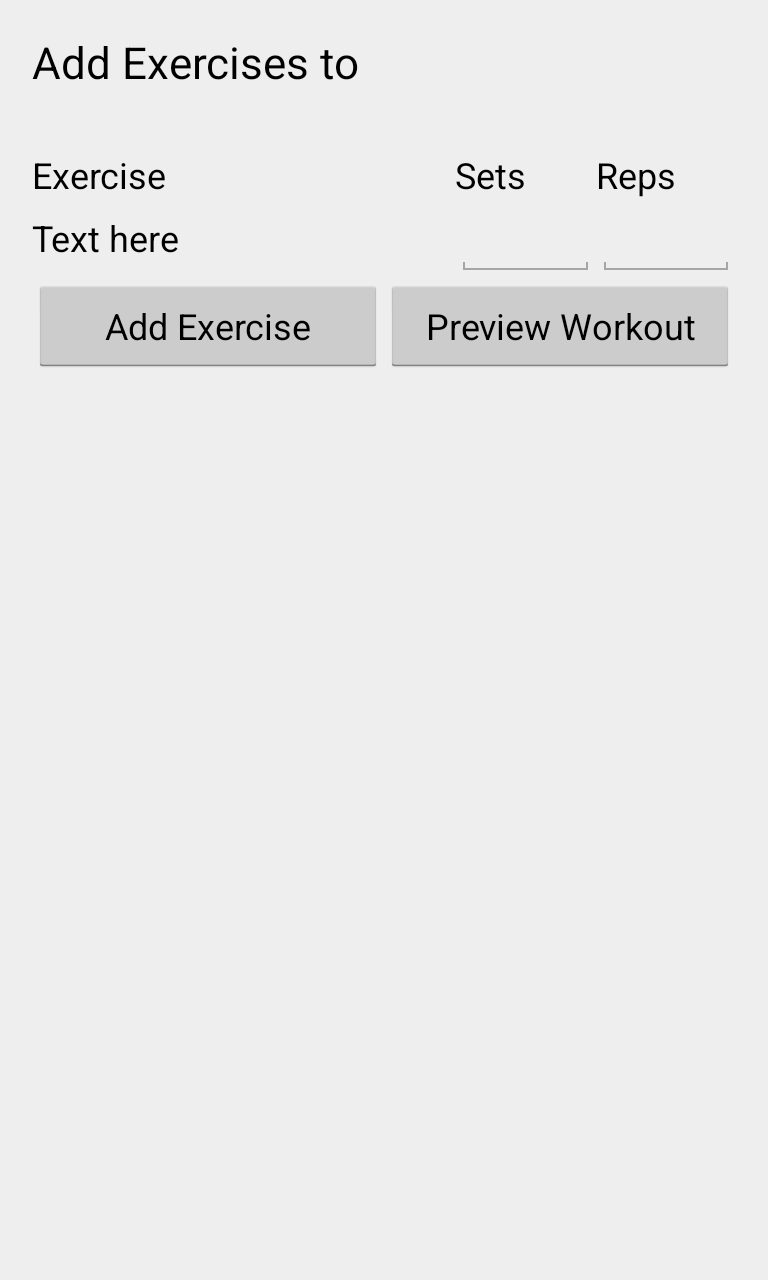
Repository: jmcdon09/EZWorkout
Layout: EzTrain/EzTrain/res/layout/activity_add_exercises.xml
These files come from the project's save history. The layout is drawn as it stood at one moment and after the next save; the edit follows.
It is drawn on a 768 x 1280 px phone screen (xhdpi) without system bars, with theme AppTheme; the app's code is not run. Lists and similar views that code fills are empty.

Above is the layout before, as saved 2014-03-29 05:41:54.

### EzTrain/EzTrain/res/layout/activity_add_exercises.xml
<LinearLayout xmlns:android="http://schemas.android.com/apk/res/android"
    xmlns:tools="http://schemas.android.com/tools"
    android:id="@+id/LinearLayout1"
    android:layout_width="match_parent"
    android:layout_height="match_parent"
    android:background="@color/background"
    android:orientation="vertical"
    android:paddingBottom="@dimen/activity_vertical_margin"
    android:paddingLeft="@dimen/activity_horizontal_margin"
    android:paddingRight="@dimen/activity_horizontal_margin"
    android:paddingTop="@dimen/activity_vertical_margin"
    tools:context=".AddExercises" >

    <LinearLayout
        android:layout_width="match_parent"
        android:layout_height="wrap_content" >

        <TextView
            android:id="@+id/adding_exercises"
            android:layout_width="wrap_content"
            android:layout_height="wrap_content"
            android:text="@string/add_exercise_to_workout"
            android:textAppearance="?android:attr/textAppearanceLarge" />

        <TextView
            android:id="@+id/workout_name"
            android:layout_width="wrap_content"
            android:layout_height="wrap_content"
            android:textAppearance="?android:attr/textAppearanceLarge" />
    </LinearLayout>

    <TextView
        android:id="@+id/muscle_group"
        android:layout_width="wrap_content"
        android:layout_height="wrap_content"
        android:textAppearance="?android:attr/textAppearanceLarge" />

    <ListView
        android:id="@+id/exercise_list"
        android:layout_width="match_parent"
        android:layout_height="wrap_content" >
    </ListView>

    <LinearLayout
        android:layout_width="match_parent"
        android:layout_height="wrap_content"
        android:weightSum="100" >

        <TextView
            android:id="@+id/add_exercise_exercise"
            android:layout_width="fill_parent"
            android:layout_height="wrap_content"
            android:layout_weight="20"
            android:text="@string/exercise"
            android:textAppearance="?android:attr/textAppearanceMedium" />

        <TextView
            android:id="@+id/add_exercise_set"
            android:layout_width="fill_parent"
            android:layout_height="wrap_content"
            android:layout_weight="40"
            android:text="@string/sets"
            android:textAppearance="?android:attr/textAppearanceMedium" />

        <TextView
            android:id="@+id/add_exercise_rep"
            android:layout_width="fill_parent"
            android:layout_height="wrap_content"
            android:layout_weight="40"
            android:text="@string/reps"
            android:textAppearance="?android:attr/textAppearanceMedium" />
    </LinearLayout>

    <LinearLayout android:layout_width="match_parent" android:layout_height="wrap_content" android:weightSum="100">

        <TextView android:id="@+id/add_exercise_name"
            android:layout_width="fill_parent"
            android:layout_height="wrap_content"
            android:layout_weight="20"
            android:text="Text here"
            android:textAppearance="?android:attr/textAppearanceMedium" />

        <EditText android:id="@+id/add_exercise_set_input"
             android:layout_width="fill_parent"
             android:layout_height="wrap_content"
             android:layout_weight="40"
             android:ems="10"
             android:inputType="number" />

        <EditText android:id="@+id/add_exercise_rep_input"
            android:layout_width="fill_parent"
            android:layout_height="wrap_content"
            android:layout_weight="40"
            android:ems="10"
            android:inputType="number" />

    </LinearLayout>

    <LinearLayout
        android:layout_width="match_parent"
        android:layout_height="wrap_content"
        android:weightSum="100" >

        <Button
            android:id="@+id/add_exercise"
            android:layout_width="fill_parent"
            android:layout_height="wrap_content"
            android:layout_weight="50"
            android:text="@string/add_exercise" />

        <Button
            android:id="@+id/preview_workout"
            android:layout_width="fill_parent"
            android:layout_height="wrap_content"
            android:layout_weight="50"
            android:text="@string/preview_workout" />
    </LinearLayout>



</LinearLayout>

### EzTrain/EzTrain/res/values-v11/styles.xml
<?xml version="1.0" encoding="utf-8"?>
<resources>

    <!--
        Base application theme for API 11+. This theme completely replaces
        AppBaseTheme from res/values/styles.xml on API 11+ devices.
    -->
    <style name="AppBaseTheme" parent="android:Theme.Holo.Light">
        <!-- API 11 theme customizations can go here. -->
    </style>

    <style name="FullscreenTheme" parent="android:Theme.Holo">
        <item name="android:actionBarStyle">@style/FullscreenActionBarStyle</item>
        <item name="android:windowActionBarOverlay">true</item>
        <item name="android:windowBackground">@null</item>
        <item name="buttonBarStyle">?android:attr/buttonBarStyle</item>
        <item name="buttonBarButtonStyle">?android:attr/buttonBarButtonStyle</item>
    </style>

    <style name="FullscreenActionBarStyle" parent="android:Widget.Holo.Light.ActionBar">
        <item name="android:background">@color/action_bar_background</item>
        <item name="android:actionMenuTextColor">@color/black_overlay</item>
    </style>

</resources>

### EzTrain/EzTrain/res/values-v14/styles.xml
<resources>

    <!--
        Base application theme for API 14+. This theme completely replaces
        AppBaseTheme from BOTH res/values/styles.xml and
        res/values-v11/styles.xml on API 14+ devices.
    -->
    <style name="AppBaseTheme" parent="@android:style/Theme.Holo.Light.DarkActionBar">
        <!-- API 14 theme customizations can go here. -->
        <item name="android:actionBarStyle">@style/MyActionBar</item>


    </style>

    <style name="MyActionBar" parent="@android:style/Widget.Holo.Light.ActionBar">
        <item name="android:background">@color/action_bar_background</item>
        <item name="android:titleTextStyle">@style/MyActionBarTitle</item>
    </style>

	<style name="MyActionBarTitle" parent="@android:style/TextAppearance.Holo.Widget.ActionBar.Title">
	    <item name="android:textColor">@color/title</item>

	</style>



</resources>

### EzTrain/EzTrain/res/values/colors.xml
<resources>

    <color name="action_bar_background">#4db6af</color>
    <color name="black_overlay">#66000000</color>
    <color name="background">#eee</color>
    <color name="font">#444</color>
    <color name="accent">#ccc</color>
    <color name="title">#FFF</color>

</resources>

### EzTrain/EzTrain/res/values/strings.xml
<?xml version="1.0" encoding="utf-8"?>
<resources>

    <string name="app_name">EZWorkout</string>

    <string-array name="muscle_groups">
        <item>Arms</item>
        <item>Abdominals</item>
        <item>Chest</item>
        <item>Back</item>
        <item>Legs</item>
        <item>Shoulders</item>
    </string-array>

    <string-array name="my_workouts">
        <item>Biceps</item>
        <item>Major Chest Workout</item>
    </string-array>

    <string-array name="chest">
        <item>Benchpress</item>
        <item>Butterflys</item>
        <item>Push Ups</item>
        <item>Iron Cross</item>
        <item>Decline Dumbell Press</item>
        <item></item>
    </string-array>

    <string-array name="arms">
        <item>Bicep Curls</item>
        <item>Spider Curls</item>
        <item>Tricep Dips</item>
        <item>Skullcrushers</item>
        <item>French Press</item>
    </string-array>

    <string-array name="shoudlers">
        <item>Shoulder Abduction</item>
        <item>Military Press</item>
    </string-array>

    <string-array name="abdominals">
        <item>Crunches</item>
        <item>Russian Twists</item>
        <item>Sit-ups</item>
        <item>Toe Touches</item>
    </string-array>

    <string-array name="legs">
        <item>One Legged Squats</item>
        <item>Romanian Deadlifts</item>
        <item>Trap Bar Deadlifts</item>
        <item>Box Jumps</item>
    </string-array>

    <string-array name="back">
        <item>Standing Good Mornings</item>
        <item>Seated Good Mornings</item>
        <item>Reverse Hypers</item>
        <item>Chin Ups</item>
    </string-array>

    <string name="workout_now">Start Workout</string>
    <string name="progress">My Progress</string>
    <string name="design_work">Design Workout</string>
    <string name="title_activity_start_workout">Start Workout</string>
    <string name="title_activity_my_progress">My Progress</string>
    <string name="title_activity_design_workout">Design Workout</string>
    <string name="title_activity_add_exercises">Add Exercises</string>
    <string name="title_activity_create_exercise">Create Exercise</string>
    <string name="title_activity_preview_workout">Preview Workout</string>
    <string name="title_activity_my_workouts">My Workouts</string>
    <string name="title_activity_workout">Workout</string>
    <string name="title_activity_active_workout">Active Workout</string>
    <string name="workout_name">Workout Name</string>
    <string name="return_workout"></string>
    <string name="action_settings">Action Settings</string>
    <string name="add_exercise_to_workout">Add Exercises to </string>
    <string name="add_exercise">Add Exercise</string>
    <string name="begin_design">Start Design</string>
    <string name="create_exercise">Create Exercise</string>
    <string name="muscle_group">Muscle Group</string>
    <string name="workout_description">Workout Description</string>
    <string name="my_workouts">My Workouts</string>
    <string name="start_workout">Start Workout</string>
    <string name="browse_workouts">Browse Workouts</string>
    <string name="exercise_name">Exercise Name</string>
    <string name="rep_hint">Rep hint goes here</string>
    <string name="action_home">Home</string>
    <string name="exercise1">Bench press </string>
    <string name="set1">4</string>
    <string name="rep1">8#821112</string>
    <string name="hello_world">Hello world!</string>
    <string name="preview_workout">Preview Workout</string>
    <string name="title_activity_preview_design">Preview Design</string>
    <string name="exercise">Exercise</string>
    <string name="sets">Sets</string>
    <string name="reps">Reps</string>
    <string name="weight">Weight</string>



</resources>

Loaded but not shown: EzTrain/EzTrain/res/values/styles.xml (common file); EzTrain/EzTrain/res/values/dimens.xml (common file)

After the next save:
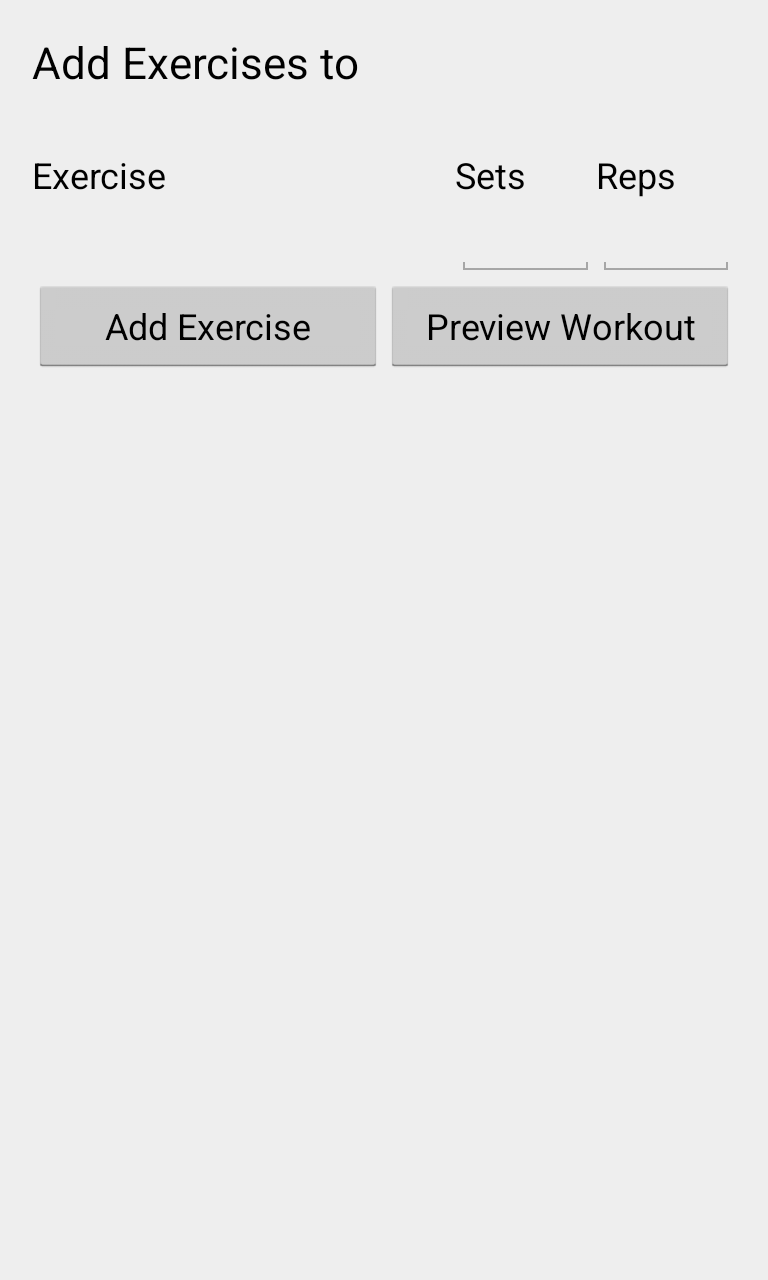
Saved 65 s later.
--- a/EzTrain/EzTrain/res/layout/activity_add_exercises.xml
+++ b/EzTrain/EzTrain/res/layout/activity_add_exercises.xml
@@ -77,7 +77,6 @@
             android:layout_width="fill_parent"
             android:layout_height="wrap_content"
             android:layout_weight="20"
-            android:text="Text here"
             android:textAppearance="?android:attr/textAppearanceMedium" />
 
         <EditText android:id="@+id/add_exercise_set_input"
